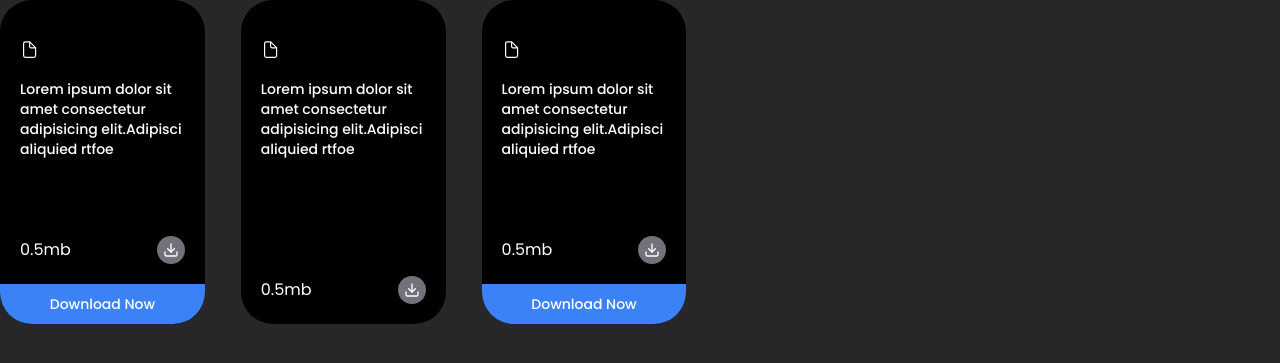
Repository: SharonSebastian32/dragable_cards
Page: /
The author's editor kept a copy of each file at every save. The page is drawn from the files as they stood at one save, then again after the next save.
The browser window is 1280 px wide. The pictures show the whole page.
Some web fonts or font styles are not loaded; a fallback is used. The project was rebuilt for these pictures with package versions that can differ from the ones it lists, and the page was loaded fresh each time. Also part of the build but not shown: vite.config.js.

Above is the page before, as saved 2024-08-21 11:18:17.

After the next save:
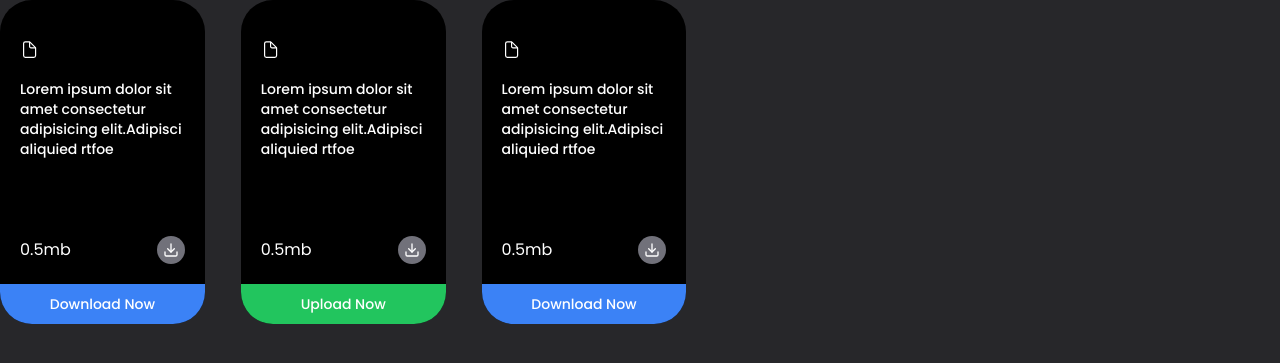
Saved 19 s later.
--- a/src/Components/Foreground.jsx
+++ b/src/Components/Foreground.jsx
@@ -21,7 +21,7 @@ const Foreground = () => {
 
       close: false,
       tag: {
-        isOpen: false,
+        isOpen: true,
         tagTitle: "Upload Now",
         tagColor: "green",
       },
